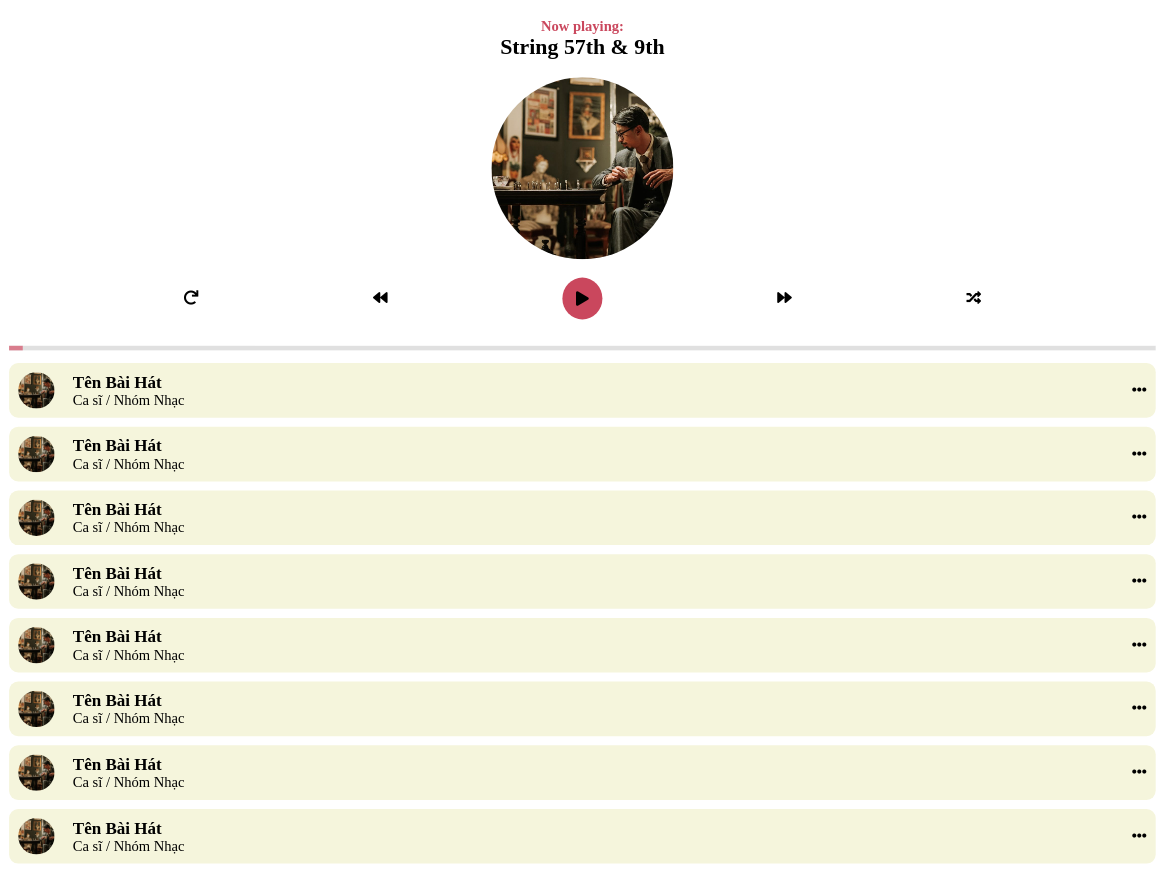
Repository: dovanthao2404/AppMusicPlayer
Page: index.html
The author's editor kept a copy of each file at every save. The page is drawn from the files as they stood at one save, then again after the next save.
The browser window is 1280 px wide. The pictures show the whole page, at 91% of full size.

Above is the page before, as saved 2021-06-28 10:48:17.

After the next save:
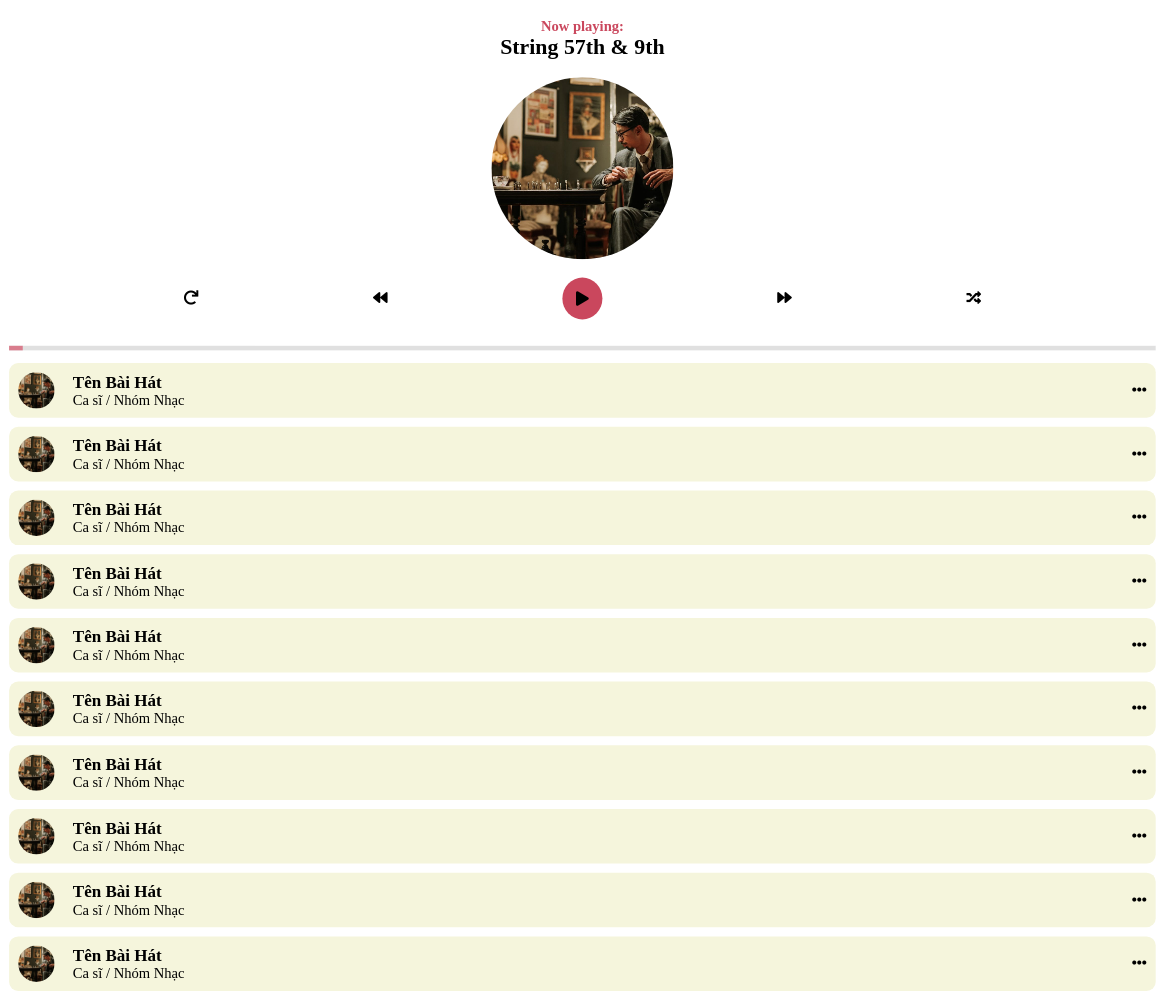
Saved 15 s later.
--- a/index.html
+++ b/index.html
@@ -153,6 +153,30 @@
             <i class="fa fa-ellipsis-h"></i>
           </div>
         </div>
+        <div class="song">
+          <div class="thumb">
+            <img src="./img/loinho.jpg" alt="">
+          </div>
+          <div class="body">
+            <h3 class="title">Tên Bài Hát</h3>
+            <p class="author">Ca sĩ / Nhóm Nhạc</p>
+          </div>
+          <div class="option">
+            <i class="fa fa-ellipsis-h"></i>
+          </div>
+        </div>
+        <div class="song">
+          <div class="thumb">
+            <img src="./img/loinho.jpg" alt="">
+          </div>
+          <div class="body">
+            <h3 class="title">Tên Bài Hát</h3>
+            <p class="author">Ca sĩ / Nhóm Nhạc</p>
+          </div>
+          <div class="option">
+            <i class="fa fa-ellipsis-h"></i>
+          </div>
+        </div>
       </div>
     </div>
   </div>
